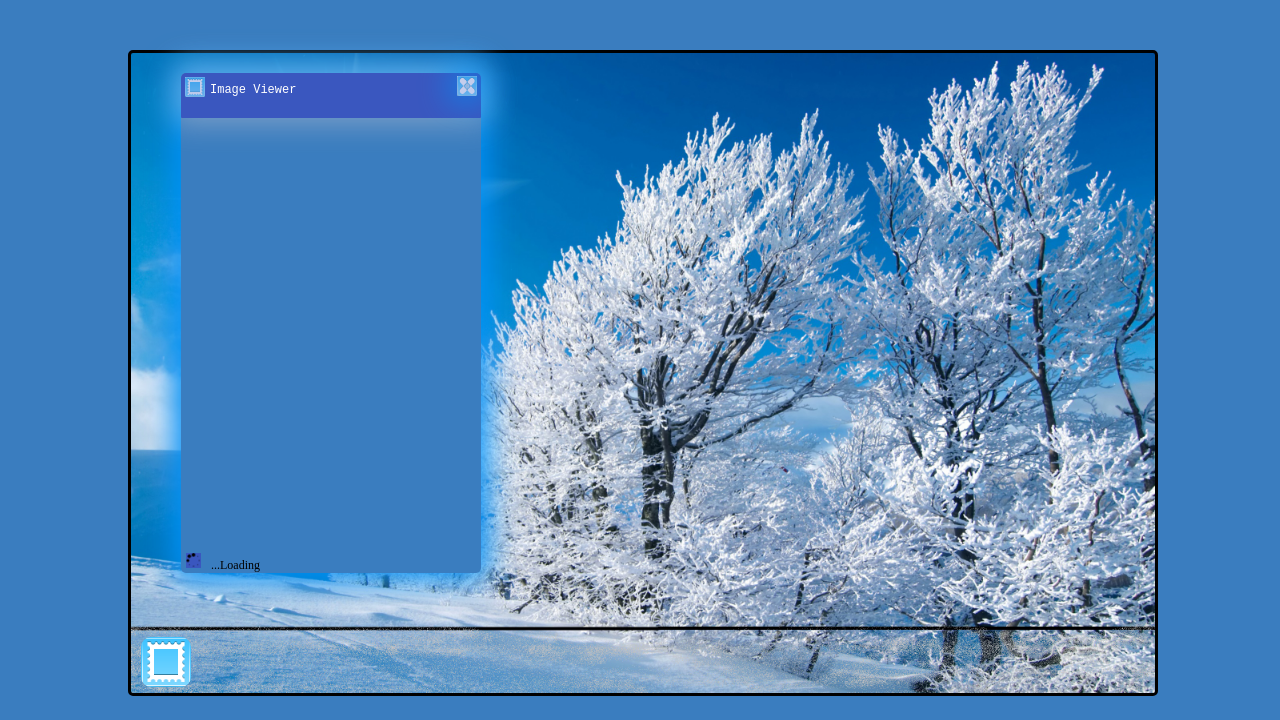
Repository: la222tc/la222tc-1dv403-Laborationer
Page: 5-pwd/index.html
The author's editor kept a record of every edit. The page is drawn from the files as they stood at one moment, then again after the next edit.
The browser window is 1280 px wide. The pictures show the whole page.
After loading, the first visible `#imagewindow` was clicked once.
The page's requests for data from a server got no answer.

Above is the page before.
Console error: TypeError: Cannot read properties of null (reading 'removeChild')

### 5-pwd/index.html
<!DOCTYPE html>
<html lang="sv">
<head>
	<meta charset="UTF-8" />
 	<title>JavaScript - Laboration 5 - pwd</title>
 	<link rel="stylesheet" href="css/style.css" type="text/css" />
</head>
    <body>
        <div id="content">
            <div id="window">
                    <a href="#"><img id="imagewindow" alt="imagewindow" src="img/iconen.png"></a>

            </div>

        </div>
        <script type="text/javascript" src="js/main.js"></script>
        <script type="text/javascript" src="js/imagewindow.js"></script>
    </body>
</html>

### 5-pwd/css/style.css
body {
    background-color:#3A7DBF;
}
#content{
    width:1024px;
    height:640px;
    margin:auto;
}

#window {
    position: relative;
    width:1024px;
    height:640px;
    background-size:100%;
    background-image:url("../img/winter3.jpg");
    background-repeat:no-repeat;
    margin-top:50px;
    border:3px solid black;
    border-radius:5px;
}

#windowbar {
    background-image:url("../img/winter2.png");
    background-size:100%;
}

#imagewindow {
    position: absolute; left: 0; bottom: 0;
    width:50px;
    height:50px;
    border-radius:10px;
    margin-left:10px;
    margin-bottom:6px;
}

#imagewindow:hover {
    width:60px;
    height:60px;
    margin-left:5px;
    margin-bottom:0px;
}


/* Imagewiewer */

#imageWiewer {
    background-color:#3A7DBF;
    width:300px;
    height:500px;
    border-radius:5px;
    margin-left:50px;
    margin-top:20px;
    -webkit-box-shadow: 0px 0px 30px 8px rgba(0, 146, 249, 1);
    -moz-box-shadow:    0px 0px 30px 8px rgba(0, 146, 249, 1);
    box-shadow:         0px 0px 30px 8px rgba(0, 146, 249, 1);
}

.wiewHeader {
    background-color:#3A57BF;
    width:100%;
    height:45px;
    border-radius:5px 5px 1px 1px;
    -webkit-box-shadow: 0px -3px 30px 8px rgba(219, 208, 215, 0.43);
    -moz-box-shadow:    0px -3px 30px 8px rgba(219, 208, 215, 0.43);
    box-shadow:         0px -3px 30px 8px rgba(219, 208, 215, 0.43);
    float:left;
}

#wiewContent {
    width:100%;
    height:430px;
    float:left;
}

#wiewFooter {
    width:100%;
    height:25px;
    float:left;
    background-color:#3A57BF;
    border-radius:0px 0px 5px 5px;
}

.headerImage {
    width:20px;
    height:20px;
    margin-left:4px;
    margin-top:4px;
    opacity:0.7;
    float:left;
}

.headerText {
    float:left;
    margin-left:5px;
    margin-top:10px;
    color:white;
    font-family:"Courier New", Georgia, Serif;;
    font-size:12px;
}

#headerCloseImage {
    width:20px;
    height:20px;
    float:right;
    opacity:0.7;
    margin-right:4px;
    margin-top:3px;
    -webkit-box-shadow: 0px 0px 30px 8px rgba(0, 146, 249, 0.88);
    -moz-box-shadow:    0px 0px 30px 8px rgba(0, 146, 249, 0.88);
    box-shadow:         0px 0px 30px 8px rgba(0, 146, 249, 0.88);
}

#headerCloseImage:hover {
    opacity:1;
}

#footerImage {
    width:15px;
    height:15px;
    float:left;
    margin-left:5px;
    margin-top:5px;
}

#footerText {
    float:left;
    font-size:12px;
    margin-top:10px;
    margin-left:10px;
}

.images {
    float:left;
    background-color:#3AA5BF;
    margin:5px 5px 5px 5px;
    padding:4px 4px 4px 4px;
    text-align:center;
    border-radius:5px;
}

### 5-pwd/js/main.js
"use strict";

var main = {

    openImageWindow: document.getElementById("imagewindow"),
    count: 0,

    url: "http://homepage.lnu.se/staff/tstjo/labbyServer/imgviewer/",
    xhr: new XMLHttpRequest(),
    imageArray: [],
    thumbWidth: 0,
    thumbHeight: 0,


    init: function () {

        main.openImageWindow.addEventListener("click", function (e) {
            e.preventDefault();
            main.count += 1;

            if (main.count === 1) {
                imagewindow.createwindow();
                main.getImages();

            }
            else {
                return;
            }


        });

    },

    getImages: function () {

        main.xhr.onreadystatechange = function(){

           if (main.xhr.readyState === 4) {
               if (main.xhr.status == 200 || main.xhr.status == 304) {

                    main.imageArray = JSON.parse(main.xhr.responseText);
                    console.log(main.imageArray);

                    for (var i = 0; i < main.imageArray.length; i++) {
                        if (main.imageArray[i].thumbWidth > main.thumbWidth) {
                            main.thumbWidth = main.imageArray[i].thumbWidth;
                        }
                        if (main.imageArray[i].thumbHeight > main.thumbHeight) {
                            main.thumbHeight = main.imageArray[i].thumbHeight;
                        }
                    }

               }

                main.showImages();

                var wiewFooter = document.getElementById("wiewFooter");
                var footerDiv = document.getElementById("footerDiv");
                wiewFooter.removeChild(footerDiv);
           }




       };

        main.xhr.open("GET", main.url, true);
        main.xhr.send(null);


    },

    showImages: function () {
        console.log("height" + main.thumbHeight);
        console.log("Width" + main.thumbWidth);

        var wiewContent = document.getElementById("wiewContent");
        var desktopImage = document.getElementById("window");


         main.imageArray.forEach(function (theImage) {
            var image = document.createElement("img");
            image.src = theImage.thumbURL;

            var imageA = document.createElement("a");
            imageA.setAttribute("href", "#");
            imageA.classList.add("images");

            wiewContent.appendChild(imageA);
            imageA.appendChild(image);

            imageA.addEventListener("click", function (e) {
            e.preventDefault();
            desktopImage.style.background = "url(" + theImage.URL + ")";
            console.log("HEjhej");
            });
        });

    }


};

window.onload = main.init;

### 5-pwd/js/imagewindow.js
"use strict";


var imagewindow = {

    theWindow: document.getElementById("window"),

    createwindow: function () {
        var content = document.getElementById("window");

        var imageWiewer = document.createElement("div");
        imageWiewer.id = "imageWiewer";

        var wiewHeader = document.createElement("header");
        wiewHeader.className = "wiewHeader";

        var wiewContent = document.createElement("div");
        wiewContent.id = "wiewContent";

        var wiewFooter = document.createElement("footer");
        wiewFooter.className = "wiewFooter";

        var headerImage = document.createElement("img");
        headerImage.className = "headerImage";
        headerImage.src = "img/iconen.png";
        headerImage.alt = "Header Image";

        var headerText = document.createElement("p");
        headerText.className = "headerText";
        headerText.innerHTML = "Image Viewer";

        var headerCloseImage = document.createElement("img");
        headerCloseImage.id = "headerCloseImage";
        headerCloseImage.src = "img/closeimage.png";
        headerCloseImage.alt = "Close button";

        var headerCloseTag = document.createElement("a");
        headerCloseTag.id = "closeWindow";
        headerCloseTag.setAttribute("href", "#");

        var footerDiv = document.createElement("div");
        footerDiv.id = "footerDiv";

        var footerImage = document.createElement("img");
        footerImage.id = "footerImage";
        footerImage.src = "img/ajax-loader.gif";

        var footerText = document.createElement("p");
        footerText.id = "footerText";
        footerText.innerHTML = "...Loading";

        content.appendChild(imageWiewer);
        imageWiewer.appendChild(wiewHeader);
        imageWiewer.appendChild(wiewContent);
        imageWiewer.appendChild(wiewFooter);
        wiewHeader.appendChild(headerImage);
        wiewHeader.appendChild(headerText);
        wiewHeader.appendChild(headerCloseTag);
        headerCloseTag.appendChild(headerCloseImage);
        wiewFooter.appendChild(footerDiv);
        footerDiv.appendChild(footerImage);
        footerDiv.appendChild(footerText);


        headerCloseTag.onclick = function(){
            console.log("testing");
            imagewindow.theWindow.removeChild(imageWiewer);

            main.count = 0;
        };
    }
};

After the next edit:
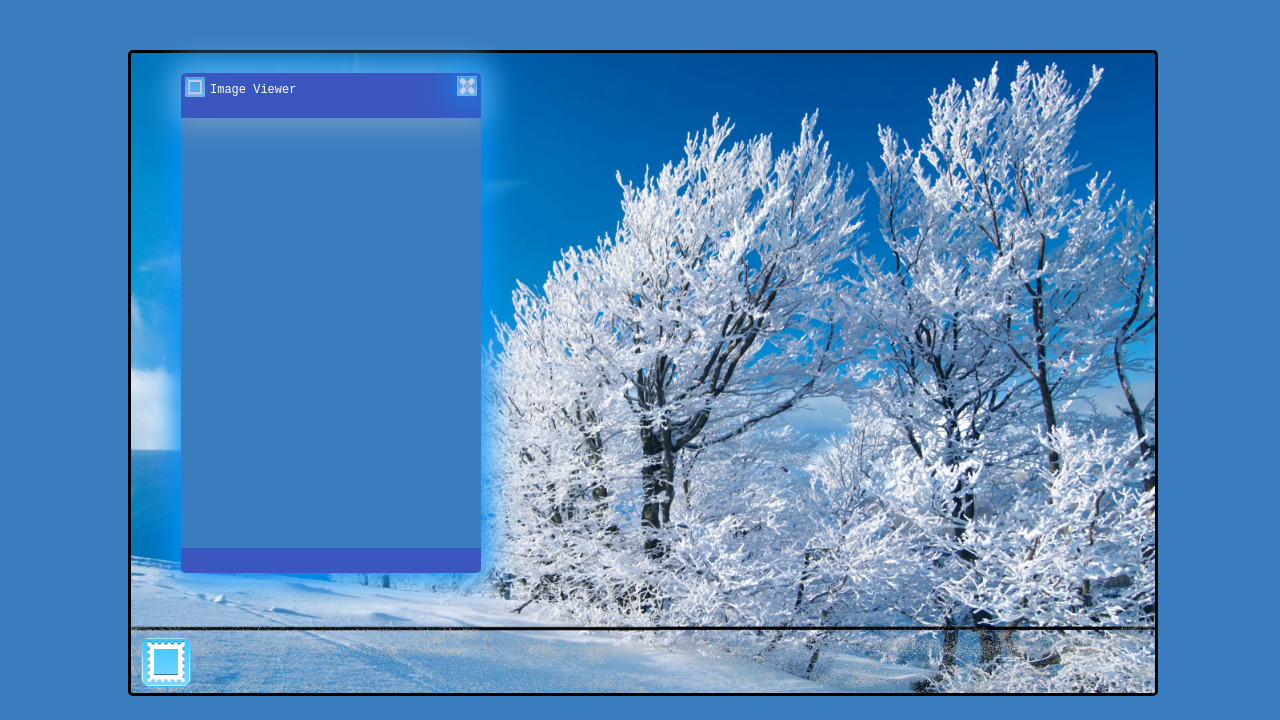
The error is gone.
The edit:
--- a/5-pwd/js/imagewindow.js
+++ b/5-pwd/js/imagewindow.js
@@ -18,7 +18,7 @@
         wiewContent.id = "wiewContent";
 
         var wiewFooter = document.createElement("footer");
-        wiewFooter.className = "wiewFooter";
+        wiewFooter.id = "wiewFooter";
 
         var headerImage = document.createElement("img");
         headerImage.className = "headerImage";
